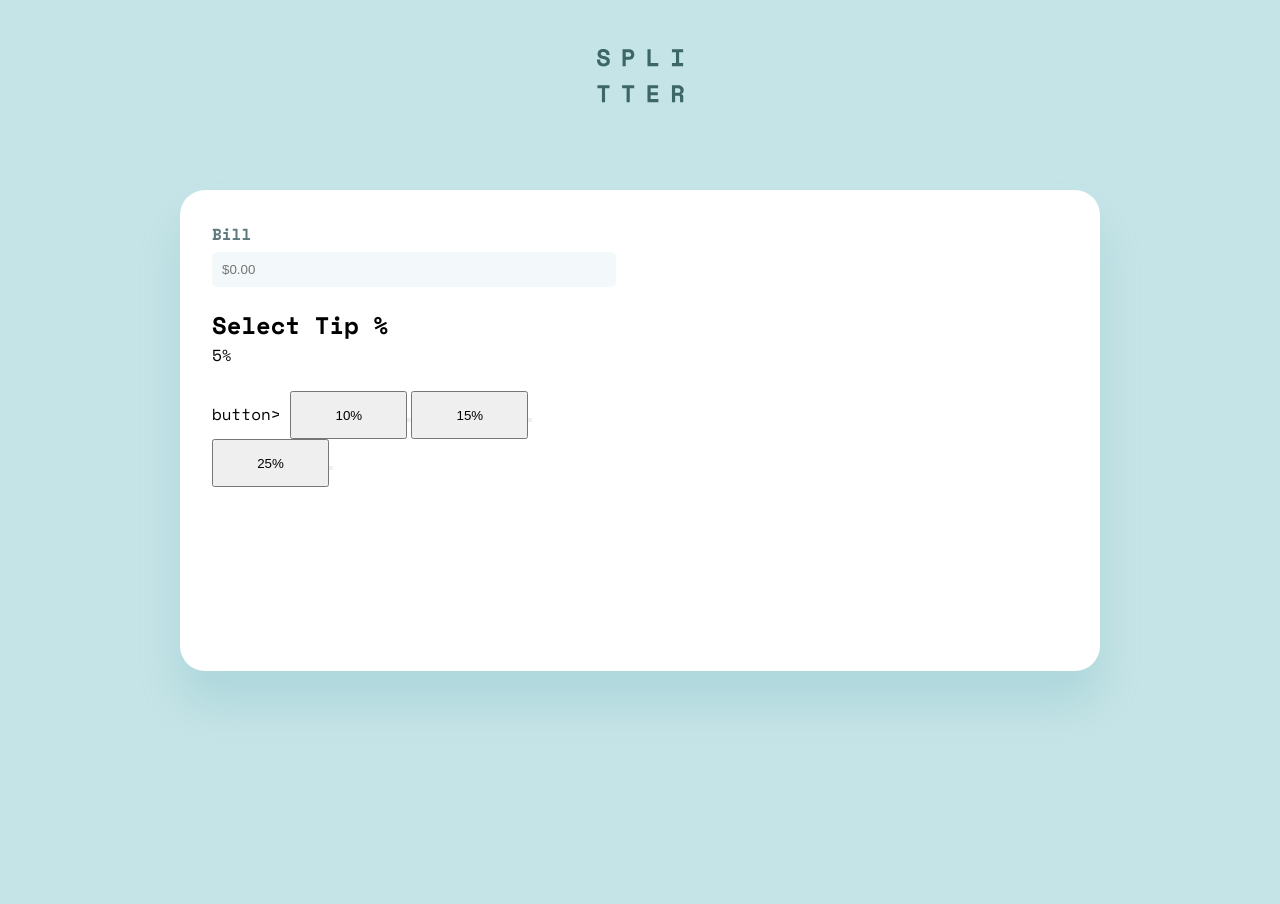
Repository: brandontaylor1/splitter
Page: index.html
The author's editor kept a copy of each file at every save. The page is drawn from the files as they stood at one save, then again after a run of saves.
The browser window is 1280 px wide. The pictures show the whole page.

Above is the page before, as saved 2025-02-05 21:37:28.

After the next 4 saves:
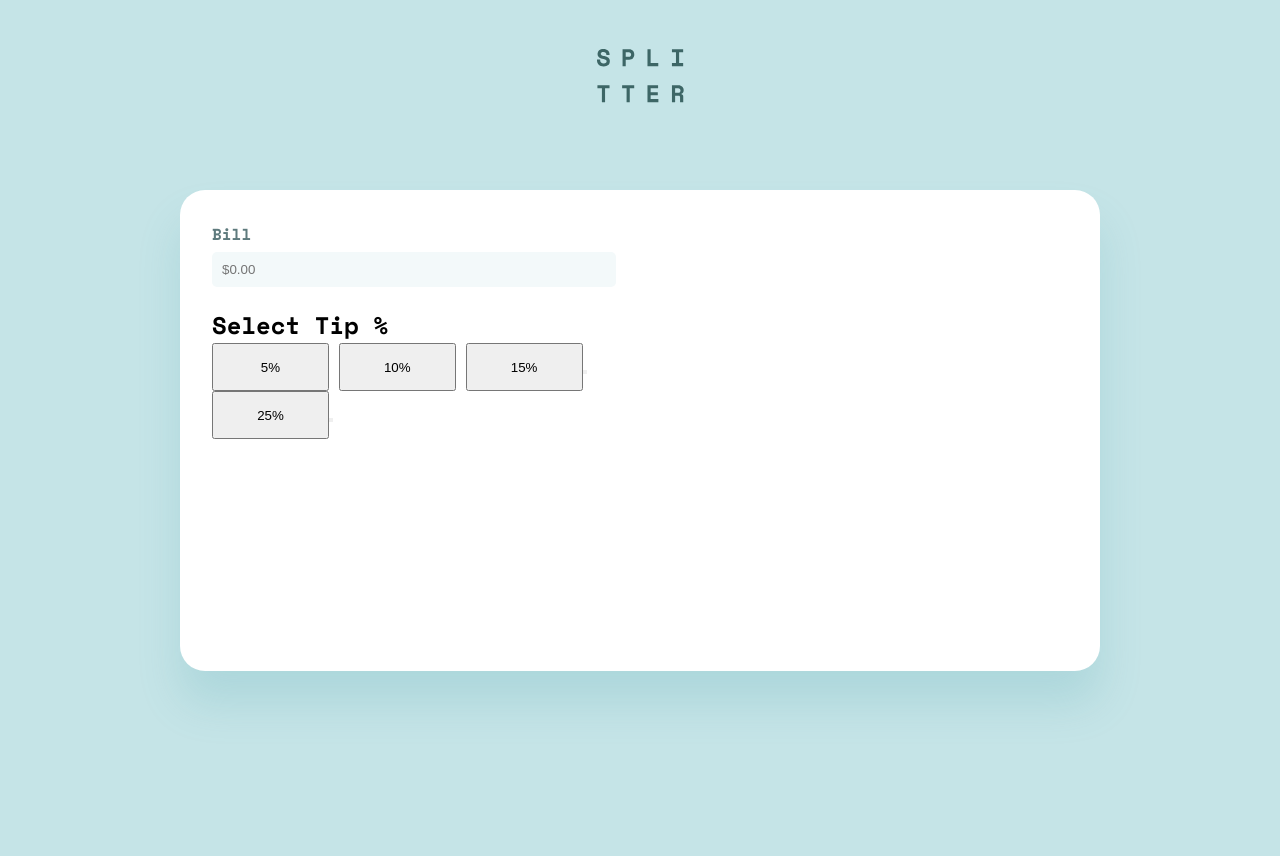
The 4 saves are shown as one change because they came seconds apart.
The last was saved 14 s later.
--- a/index.html
+++ b/index.html
@@ -21,8 +21,8 @@
             <div class="tip-input">
                 <h2>Select Tip %</h2>
                 <div class="tip-buttons">
-                    <div class="tip-button">5%</div>button>
-                    <button class="tip-button">10%<button>
+                    <button class="tip-button">5%</button>
+                    <button class="tip-button">10%</button>
                     <button class="tip-button">15%<button>
                     <button class="tip-button">25%<button>
             </div>
